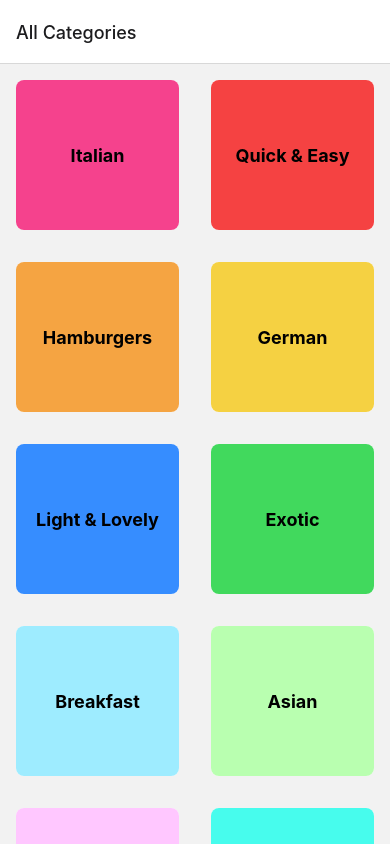
Repository: SyLe-Van/Food-Category-App
Screen: /MealsCategories
These files come from the project's save history. The screen is drawn as it stood at one moment and after the next save; the edit follows.
An inner scrolling area shows only its first screen. The app was drawn by React Native's web renderer in a window 390 px wide. The project was rebuilt for these pictures with package versions that can differ from the ones it lists, and the page was loaded fresh each time. Also part of the build but not shown: components/MealItem.js, screens/MealsOverViewScreen.js.

Above is the screen before, as saved 2024-02-19 14:39:09.

### App.js
import { StatusBar } from "expo-status-bar";
import { StyleSheet } from "react-native";
import { NavigationContainer } from "@react-navigation/native";
import { createNativeStackNavigator } from "@react-navigation/native-stack";

import CategoriesScreen from "./screens/CategoriesScreen";
import MealsOverviewScreen from "./screens/MealsOverViewScreen";

const Stack = createNativeStackNavigator();

export default function App() {
  return (
    <>
      <StatusBar style="dark" />
      <NavigationContainer>
        <Stack.Navigator>
          <Stack.Screen
            name="MealsCategories"
            component={CategoriesScreen}
            options={{
              title: "All Categories",
            }}
          />
          <Stack.Screen name="MealsOverview" component={MealsOverviewScreen} />
        </Stack.Navigator>
      </NavigationContainer>
    </>
  );
}

const styles = StyleSheet.create({
  container: {
    flex: 1,
    backgroundColor: "#fff",
    alignItems: "center",
    justifyContent: "center",
  },
});

### screens/CategoriesScreen.js
import { FlatList } from "react-native";
import { CATEGORIES } from "../data/dummy-data";
import CategoryGridTile from "../components/CategoryGridTile";

function CategoriesScreen({ navigation }) {
  function renderCategoryItem(itemData) {
    function pressHandler() {
      navigation.navigate("MealsOverview", {
        categoryId: itemData.item.id,
      });
    }
    return (
      <CategoryGridTile
        title={itemData.item.title}
        color={itemData.item.color}
        onPress={pressHandler}
      />
    );
  }
  return (
    <FlatList
      data={CATEGORIES}
      keyExtractor={(item) => item.id}
      renderItem={renderCategoryItem}
      numColumns={2}
    />
  );
}
export default CategoriesScreen;

### data/dummy-data.js
import Category from "../models/category";
import Meal from "../models/meal";

export const CATEGORIES = [
  new Category("c1", "Italian", "#f5428d"),
  new Category("c2", "Quick & Easy", "#f54242"),
  new Category("c3", "Hamburgers", "#f5a442"),
  new Category("c4", "German", "#f5d142"),
  new Category("c5", "Light & Lovely", "#368dff"),
  new Category("c6", "Exotic", "#41d95d"),
  new Category("c7", "Breakfast", "#9eecff"),
  new Category("c8", "Asian", "#b9ffb0"),
  new Category("c9", "French", "#ffc7ff"),
  new Category("c10", "Summer", "#47fced"),
];

export const MEALS = [
  new Meal(
    "m1",
    ["c1", "c2"],
    "Spaghetti with Tomato Sauce",
    "affordable",
    "simple",
    "https://upload.wikimedia.org/wikipedia/commons/thumb/2/20/Spaghetti_Bolognese_mit_Parmesan_oder_Grana_Padano.jpg/800px-Spaghetti_Bolognese_mit_Parmesan_oder_Grana_Padano.jpg",
    20,
    [
      "4 Tomatoes",
      "1 Tablespoon of Olive Oil",
      "1 Onion",
      "250g Spaghetti",
      "Spices",
      "Cheese (optional)",
    ],
    [
      "Cut the tomatoes and the onion into small pieces.",
      "Boil some water - add salt to it once it boils.",
      "Put the spaghetti into the boiling water - they should be done in about 10 to 12 minutes.",
      "In the meantime, heaten up some olive oil and add the cut onion.",
      "After 2 minutes, add the tomato pieces, salt, pepper and your other spices.",
      "The sauce will be done once the spaghetti are.",
      "Feel free to add some cheese on top of the finished dish.",
    ],
    false,
    true,
    true,
    true
  ),

  new Meal(
    "m2",
    ["c2"],
    "Toast Hawaii",
    "affordable",
    "simple",
    "https://cdn.pixabay.com/photo/2018/07/11/21/51/toast-3532016_1280.jpg",
    10,
    [
      "1 Slice White Bread",
      "1 Slice Ham",
      "1 Slice Pineapple",
      "1-2 Slices of Cheese",
      "Butter",
    ],
    [
      "Butter one side of the white bread",
      "Layer ham, the pineapple and cheese on the white bread",
      "Bake the toast for round about 10 minutes in the oven at 200°C",
    ],
    false,
    false,
    false,
    false
  ),

  new Meal(
    "m3",
    ["c3"],
    "Classic Hamburger",
    "pricey",
    "simple",
    "https://cdn.pixabay.com/photo/2014/10/23/18/05/burger-500054_1280.jpg",
    45,
    [
      "300g Cattle Hack",
      "1 Tomato",
      "1 Cucumber",
      "1 Onion",
      "Ketchup",
      "2 Burger Buns",
    ],
    [
      "Form 2 patties",
      "Fry the patties for c. 4 minutes on each side",
      "Quickly fry the buns for c. 1 minute on each side",
      "Bruch buns with ketchup",
      "Serve burger with tomato, cucumber and onion",
    ],
    false,
    false,
    false,
    true
  ),

  new Meal(
    "m4",
    ["c4"],
    "Wiener Schnitzel",
    "luxurious",
    "challenging",
    "https://cdn.pixabay.com/photo/2018/03/31/19/29/schnitzel-3279045_1280.jpg",
    60,
    [
      "8 Veal Cutlets",
      "4 Eggs",
      "200g Bread Crumbs",
      "100g Flour",
      "300ml Butter",
      "100g Vegetable Oil",
      "Salt",
      "Lemon Slices",
    ],
    [
      "Tenderize the veal to about 2–4mm, and salt on both sides.",
      "On a flat plate, stir the eggs briefly with a fork.",
      "Lightly coat the cutlets in flour then dip into the egg, and finally, coat in breadcrumbs.",
      "Heat the butter and oil in a large pan (allow the fat to get very hot) and fry the schnitzels until golden brown on both sides.",
      "Make sure to toss the pan regularly so that the schnitzels are surrounded by oil and the crumbing becomes ‘fluffy’.",
      "Remove, and drain on kitchen paper. Fry the parsley in the remaining oil and drain.",
      "Place the schnitzels on awarmed plate and serve garnishedwith parsley and slices of lemon.",
    ],
    false,
    false,
    false,
    false
  ),

  new Meal(
    "m5",
    ["c2", "c5", "c10"],
    "Salad with Smoked Salmon",
    "luxurious",
    "simple",
    "https://cdn.pixabay.com/photo/2016/10/25/13/29/smoked-salmon-salad-1768890_1280.jpg",
    15,
    [
      "Arugula",
      "Lamb's Lettuce",
      "Parsley",
      "Fennel",
      "200g Smoked Salmon",
      "Mustard",
      "Balsamic Vinegar",
      "Olive Oil",
      "Salt and Pepper",
    ],
    [
      "Wash and cut salad and herbs",
      "Dice the salmon",
      "Process mustard, vinegar and olive oil into a dessing",
      "Prepare the salad",
      "Add salmon cubes and dressing",
    ],
    true,
    false,
    true,
    true
  ),

  new Meal(
    "m6",
    ["c6", "c10"],
    "Delicious Orange Mousse",
    "affordable",
    "hard",
    "https://cdn.pixabay.com/photo/2017/05/01/05/18/pastry-2274750_1280.jpg",
    240,
    [
      "4 Sheets of Gelatine",
      "150ml Orange Juice",
      "80g Sugar",
      "300g Yoghurt",
      "200g Cream",
      "Orange Peel",
    ],
    [
      "Dissolve gelatine in pot",
      "Add orange juice and sugar",
      "Take pot off the stove",
      "Add 2 tablespoons of yoghurt",
      "Stir gelatin under remaining yoghurt",
      "Cool everything down in the refrigerator",
      "Whip the cream and lift it under die orange mass",
      "Cool down again for at least 4 hours",
      "Serve with orange peel",
    ],
    true,
    false,
    true,
    false
  ),

  new Meal(
    "m7",
    ["c7"],
    "Pancakes",
    "affordable",
    "simple",
    "https://cdn.pixabay.com/photo/2018/07/10/21/23/pancake-3529653_1280.jpg",
    20,
    [
      "1 1/2 Cups all-purpose Flour",
      "3 1/2 Teaspoons Baking Powder",
      "1 Teaspoon Salt",
      "1 Tablespoon White Sugar",
      "1 1/4 cups Milk",
      "1 Egg",
      "3 Tablespoons Butter, melted",
    ],
    [
      "In a large bowl, sift together the flour, baking powder, salt and sugar.",
      "Make a well in the center and pour in the milk, egg and melted butter; mix until smooth.",
      "Heat a lightly oiled griddle or frying pan over medium high heat.",
      "Pour or scoop the batter onto the griddle, using approximately 1/4 cup for each pancake. Brown on both sides and serve hot.",
    ],
    true,
    false,
    true,
    false
  ),

  new Meal(
    "m8",
    ["c8"],
    "Creamy Indian Chicken Curry",
    "pricey",
    "challenging",
    "https://cdn.pixabay.com/photo/2018/06/18/16/05/indian-food-3482749_1280.jpg",
    35,
    [
      "4 Chicken Breasts",
      "1 Onion",
      "2 Cloves of Garlic",
      "1 Piece of Ginger",
      "4 Tablespoons Almonds",
      "1 Teaspoon Cayenne Pepper",
      "500ml Coconut Milk",
    ],
    [
      "Slice and fry the chicken breast",
      "Process onion, garlic and ginger into paste and sauté everything",
      "Add spices and stir fry",
      "Add chicken breast + 250ml of water and cook everything for 10 minutes",
      "Add coconut milk",
      "Serve with rice",
    ],
    true,
    false,
    false,
    true
  ),

  new Meal(
    "m9",
    ["c9"],
    "Chocolate Souffle",
    "affordable",
    "hard",
    "https://cdn.pixabay.com/photo/2014/08/07/21/07/souffle-412785_1280.jpg",
    45,
    [
      "1 Teaspoon melted Butter",
      "2 Tablespoons white Sugar",
      "2 Ounces 70% dark Chocolate, broken into pieces",
      "1 Tablespoon Butter",
      "1 Tablespoon all-purpose Flour",
      "4 1/3 tablespoons cold Milk",
      "1 Pinch Salt",
      "1 Pinch Cayenne Pepper",
      "1 Large Egg Yolk",
      "2 Large Egg Whites",
      "1 Pinch Cream of Tartar",
      "1 Tablespoon white Sugar",
    ],
    [
      "Preheat oven to 190°C. Line a rimmed baking sheet with parchment paper.",
      "Brush bottom and sides of 2 ramekins lightly with 1 teaspoon melted butter; cover bottom and sides right up to the rim.",
      "Add 1 tablespoon white sugar to ramekins. Rotate ramekins until sugar coats all surfaces.",
      "Place chocolate pieces in a metal mixing bowl.",
      "Place bowl over a pan of about 3 cups hot water over low heat.",
      "Melt 1 tablespoon butter in a skillet over medium heat. Sprinkle in flour. Whisk until flour is incorporated into butter and mixture thickens.",
      "Whisk in cold milk until mixture becomes smooth and thickens. Transfer mixture to bowl with melted chocolate.",
      "Add salt and cayenne pepper. Mix together thoroughly. Add egg yolk and mix to combine.",
      "Leave bowl above the hot (not simmering) water to keep chocolate warm while you whip the egg whites.",
      "Place 2 egg whites in a mixing bowl; add cream of tartar. Whisk until mixture begins to thicken and a drizzle from the whisk stays on the surface about 1 second before disappearing into the mix.",
      "Add 1/3 of sugar and whisk in. Whisk in a bit more sugar about 15 seconds.",
      "whisk in the rest of the sugar. Continue whisking until mixture is about as thick as shaving cream and holds soft peaks, 3 to 5 minutes.",
      "Transfer a little less than half of egg whites to chocolate.",
      "Mix until egg whites are thoroughly incorporated into the chocolate.",
      "Add the rest of the egg whites; gently fold into the chocolate with a spatula, lifting from the bottom and folding over.",
      "Stop mixing after the egg white disappears. Divide mixture between 2 prepared ramekins. Place ramekins on prepared baking sheet.",
      "Bake in preheated oven until scuffles are puffed and have risen above the top of the rims, 12 to 15 minutes.",
    ],
    true,
    false,
    true,
    false
  ),
  new Meal(
    "m10",
    ["c2", "c5", "c10"],
    "Asparagus Salad with Cherry Tomatoes",
    "luxurious",
    "simple",
    "https://cdn.pixabay.com/photo/2018/04/09/18/26/asparagus-3304997_1280.jpg",
    30,
    [
      "White and Green Asparagus",
      "30g Pine Nuts",
      "300g Cherry Tomatoes",
      "Salad",
      "Salt, Pepper and Olive Oil",
    ],
    [
      "Wash, peel and cut the asparagus",
      "Cook in salted water",
      "Salt and pepper the asparagus",
      "Roast the pine nuts",
      "Halve the tomatoes",
      "Mix with asparagus, salad and dressing",
      "Serve with Baguette",
    ],
    true,
    true,
    true,
    true
  ),
];

### components/CategoryGridTile.js
import { Pressable, View, Text, StyleSheet, Platform } from "react-native";
import { useNavigation } from "@react-navigation/native";
function CategoryGridItem({ title, color, onPress, Navigation }) {
  return (
    <View style={styles.gridItem}>
      <Pressable
        style={({ pressed }) => [
          styles.button,
          pressed ? styles.buttonPressed : null,
        ]}
        onPress={onPress}
      >
        <View style={[styles.innerContainer, { backgroundColor: color }]}>
          <Text style={styles.title}>{title}</Text>
        </View>
      </Pressable>
    </View>
  );
}
export default CategoryGridItem;

const styles = StyleSheet.create({
  gridItem: {
    flex: 1,
    margin: 16,
    height: 150,
    borderRadius: 8,
    backgroundColor: "white",
    shadowColor: "black",
    shadowOpacity: 0.25,
    shadowOffset: { width: 0, height: 2 },
    shadowOffset: 8,
    overflow: Platform.OS === "android" ? "hidden" : "visible",
  },
  button: {
    flex: 1,
  },
  buttonPressed: {
    opacity: 0.5,
  },
  innerContainer: {
    flex: 1,
    justifyContent: "center",
    padding: 16,
    alignItems: "center",
    borderRadius: 8,
  },
  title: {
    fontWeight: "bold",
    fontSize: 18,
  },
});

Loaded but not shown: models/category.js (common file); models/meal.js (common file)

After the next save:
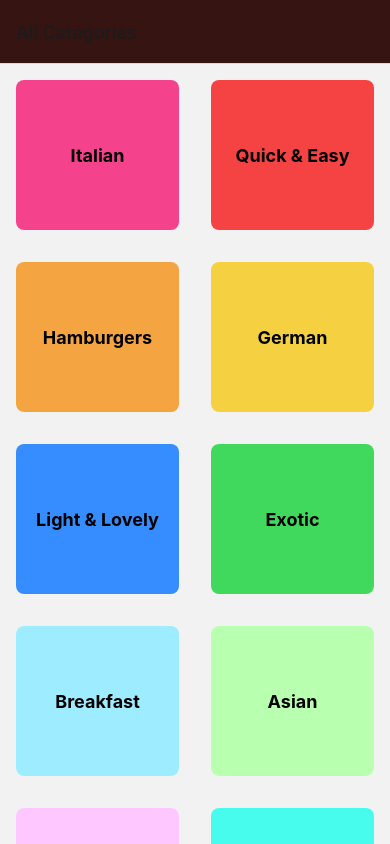
Saved 117 s later.
--- a/App.js
+++ b/App.js
@@ -19,6 +19,9 @@ export default function App() {
             component={CategoriesScreen}
             options={{
               title: "All Categories",
+              headerStyle: {
+                backgroundColor: "#351412",
+              },
             }}
           />
           <Stack.Screen name="MealsOverview" component={MealsOverviewScreen} />
